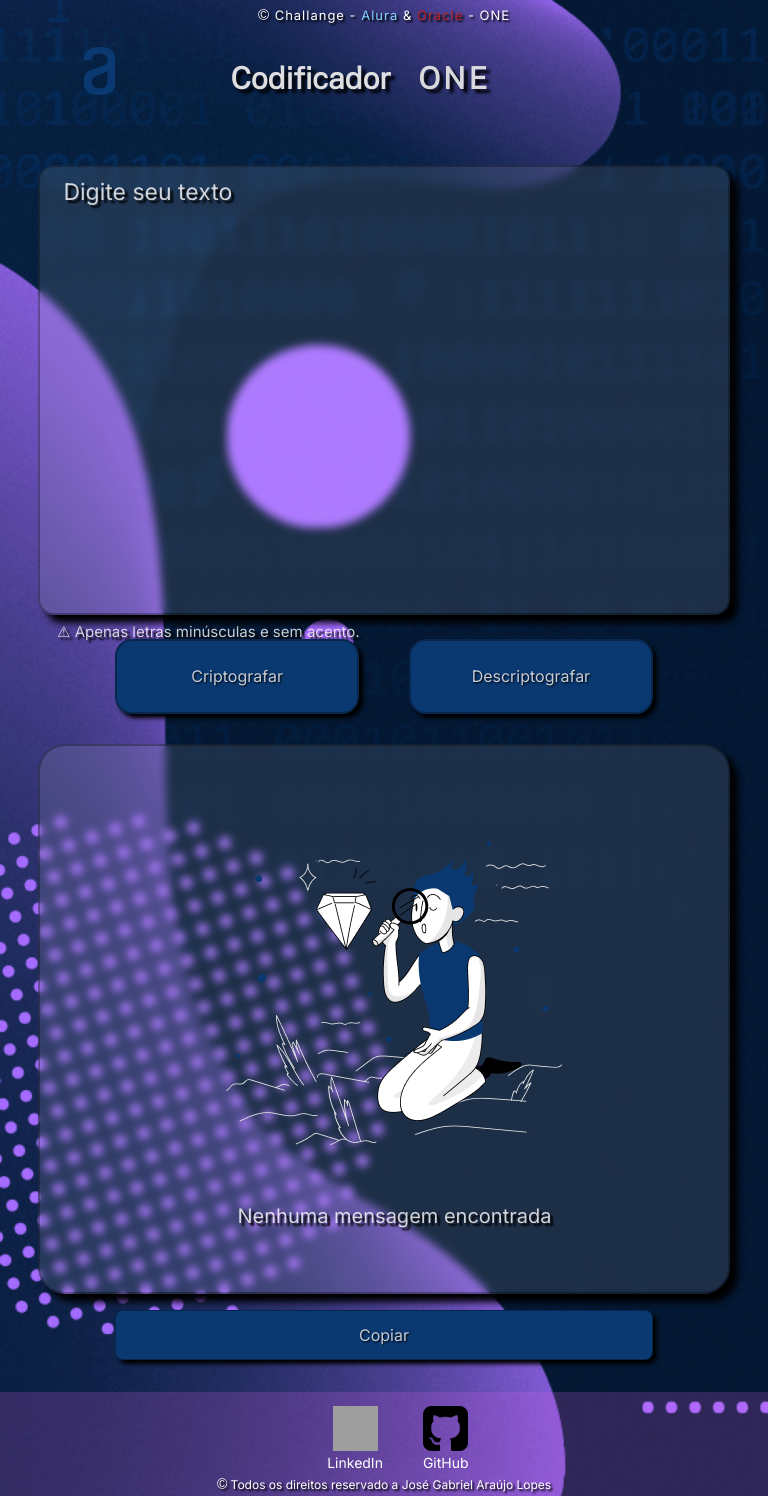
Repository: GabbrielLopes/Decodificador-ONE-Challange-Alura
Page: index.html
These files come from the project's save history. The page is drawn as it stood at one moment and after a run of saves; the edit follows.
The browser window is 768 px wide. The pictures show the whole page.
Pictures or frames that could not be fetched are drawn as grey boxes.

Above is the page before, as saved 2022-05-11 23:22:13.

After the next 2 saves:
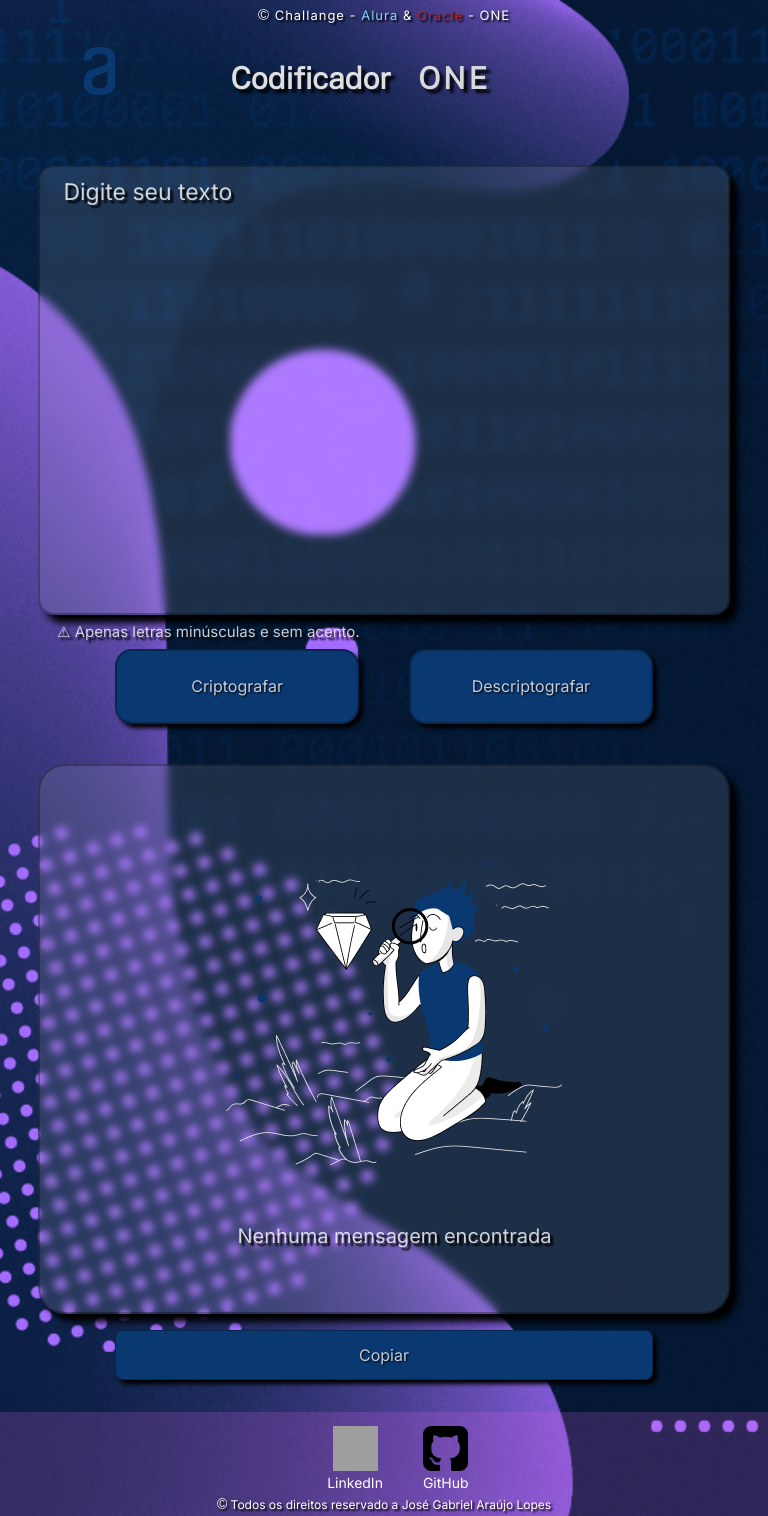
The 2 saves are shown as one change because they came seconds apart.
The last was saved 24 s later.
--- a/css/media.css
+++ b/css/media.css
@@ -30,7 +30,7 @@
     }
 
     .botoes {
-        margin: 0 15%;
+        margin: 10px 15%;
         max-width: 80%;
     }
 
